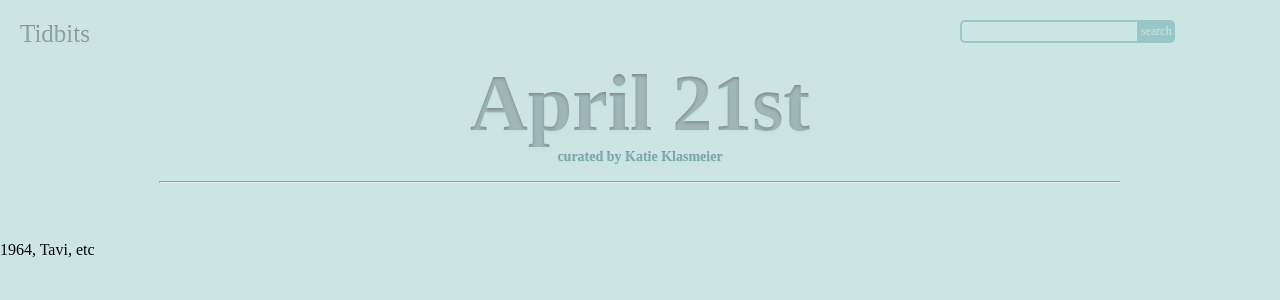
Repository: kklasmei/kklasmei.github.io
Page: tidbits/april21.html
The author's editor kept a record of every edit. The page is drawn from the files as they stood at one moment, then again after the next edit.
The browser window is 1280 px wide. The pictures show the whole page.

Above is the page before.

### tidbits/april21.html
<html>
    <head>
        <title>April 21</title>
        <link rel="stylesheet" href="tidbits.css">
    </head>
    <body>
    <div id="search">
		<form id="searchbody" method="get" action="http://kklasmei.github.io/tidbits/home.html">
		        <input type="text" class="bar" maxlength="70"><input type="submit" value="search" class="button">
		</form>
		    	<p1> Tidbits </p1>
	<div class="tfclear"></div>
	</div>
        <h1> April 21st </h1>
        <h2> curated by Katie Klasmeier </h2>
        <hr>
    	<br>
    	<p2>1964, Tavi, etc</p2>



    </body>
</html>

### tidbits/tidbits.css
h1 {
    text-align: center;
    font-size: 80;
    padding-top: 10;
    margin: 0;
    font-family: Archer;
    opacity: .6;
    background-color: #565656;
    color: transparent;
    text-shadow: 0px 2px 3px rgba(167,219,219,.5);
  -webkit-background-clip: text;
     -moz-background-clip: text;
          background-clip: text;
}

h2 {
    text-align: center;
    font-size: 14;
    font-family: Archer;
    opacity: .6;
    background-color: #565656;
    padding-bottom: 8;
    padding-top: -40;
    margin: 0;
    color: transparent;
    text-shadow: 0px 1px 2px rgba(68,219,219,.5);
  -webkit-background-clip: text;
     -moz-background-clip: text;
          background-clip: text;
}

body {
    background: #cbe5e3;
    margin: 0;
    padding: 0;
}

hr {
    margin-bottom: 40;
    width: 75%;
    color: #44dbdb;
    display: block;
    height: 0;
}

.submit {
    text-align: center;
}

.month, .day {
    display: inline;
}

.date {
    text-align: center;
}

#searchbody {
	float: right;
	padding-left: 75%;
	padding-top: 20px;
	margin-right: 20px;
	position: absolute;

}

.bar {
		margin: 0;
		padding: 2px 10px;
		font-family: Archer;
		font-size: 12px;
		border: 2px solid #99c7c8; border-right: 0px;
		border-top-left-radius: 5px 5px;
		border-bottom-left-radius: 5px 5px;
		background-color: transparent;
}

.bar:focus {
    outline: none;
}

.button {
		margin: 0;
		padding: 3px 3px;
		font-family: Archer;
		font-size: 12px;
		cursor: pointer;
		text-align: center;
		color: #cbe5e3;
		border: solid 1px #99c7c8; border-right:0px;
		background: #99c7c8;
		background: -webkit-gradient(linear, left top, left bottom, from(#99c7c8), to(#99c7c8));
		background: -moz-linear-gradient(top,  #99c7c8,  #99c7c8);
		border-top-right-radius: 5px 5px;
		border-bottom-right-radius: 5px 5px;
	}
	.tfbutton:hover {
		text-decoration: none;
		background: #99c7c8;
		background: -webkit-gradient(linear, left top, left bottom, from(#99c7c8), to(#99c7c8));
		background: -moz-linear-gradient(top,  #99c7c8,  #99c7c8);
	}
	/* Fixes submit button height problem in Firefox */
	.tfbutton::-moz-focus-inner {
	  border: 0;
	}
	.tfclear{
		clear:both;
	}

p1 {
    font-family: Archer-Bold;
    float: left;
    font-size: 25;
    padding-top: 20px;
    margin-left: 20px;
    opacity: .6;
    background-color: #565656;
    color: transparent;
    text-shadow: 0px 2px 3px rgba(167,219,219,.5);
  -webkit-background-clip: text;
     -moz-background-clip: text;
          background-clip: text;
}

p1, #searchbody {
    display: inline;
}

After the next edit:
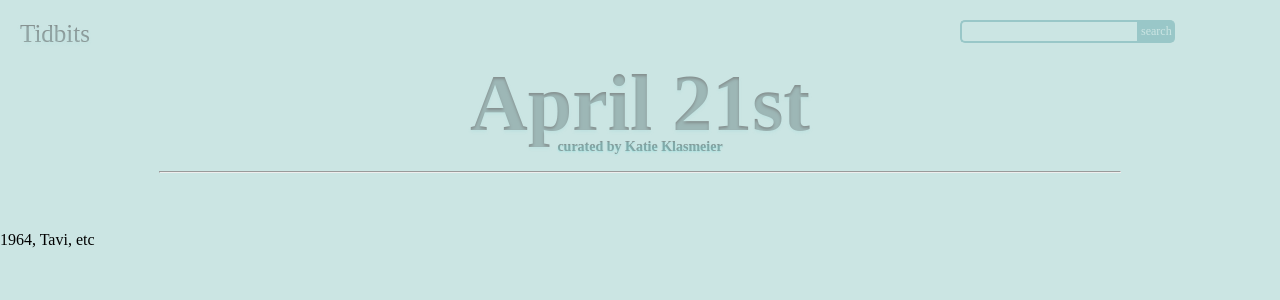
The edit:
--- a/tidbits/tidbits.css
+++ b/tidbits/tidbits.css
@@ -2,7 +2,8 @@
     text-align: center;
     font-size: 80;
     padding-top: 10;
-    margin: 0;
+    margin-bottom: -10;
+    margin-top: 0;
     font-family: Archer;
     opacity: .6;
     background-color: #565656;
